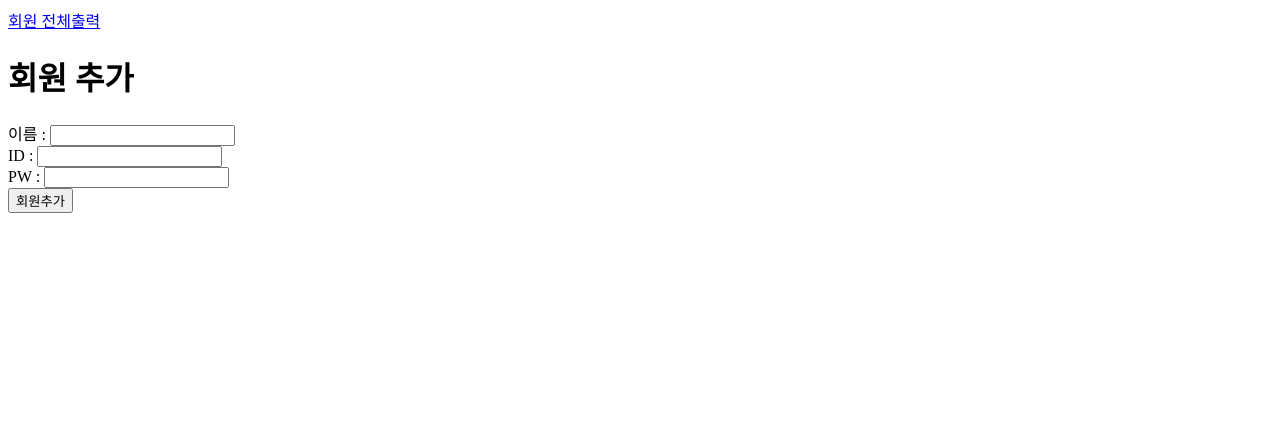
Repository: Jangdaegun/Study
Page: JSP/HelloJSP06/WebContent/CommandController.html
These files come from the project's save history. The page is drawn as it stood at one moment and after the next save; the edit follows.
The browser window is 1280 px wide. The pictures show the whole page.

Above is the page before, as saved 2023-05-30 00:35:35.

### JSP/HelloJSP06/WebContent/CommandController.html
<!DOCTYPE html>
<html>
<head>
<meta charset="UTF-8">
<title>Insert title here</title>
</head>
<body>
<a href="select.do">회원 전체출력</a>
<h1>회원 추가</h1>
<form action="insert.do" method="post">
	이름 : <input type="text" name="name"> <br>
	ID : <input type="text" name="id"> <br>
	PW : <input type="text" name="pw"> <br>
	<input type="submit" value="회원추가">
</form>
</body>
</html>

After the next save:
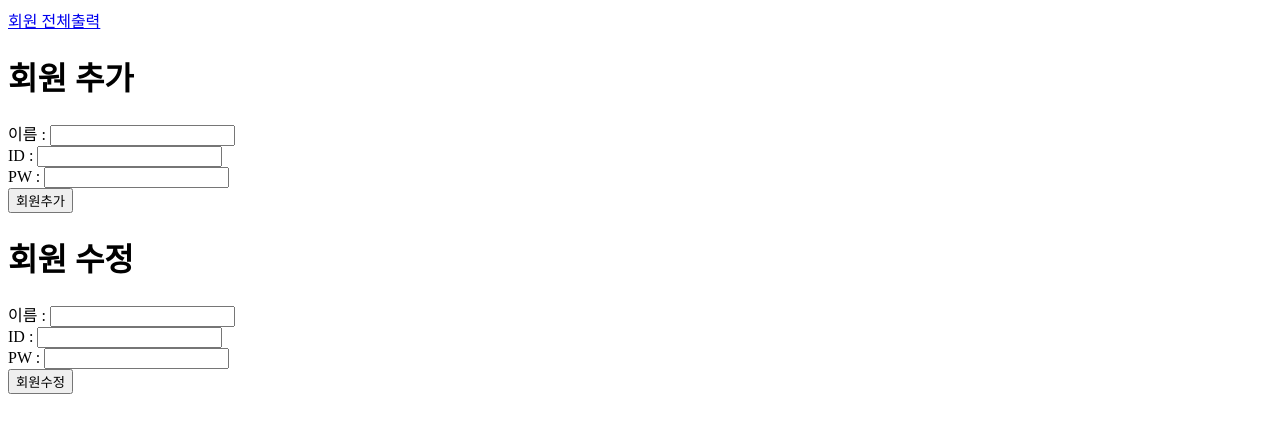
Saved 71 s later.
--- a/JSP/HelloJSP06/WebContent/CommandController.html
+++ b/JSP/HelloJSP06/WebContent/CommandController.html
@@ -13,5 +13,14 @@
 	PW : <input type="text" name="pw"> <br>
 	<input type="submit" value="회원추가">
 </form>
+
+<h1>회원 수정</h1>
+<form action="update.do" method="post">
+	이름 : <input type="text" name="name"> <br>
+	ID : <input type="text" name="id"> <br>
+	PW : <input type="text" name="pw"> <br>
+	<input type="submit" value="회원수정">
+</form>
+
 </body>
 </html>
